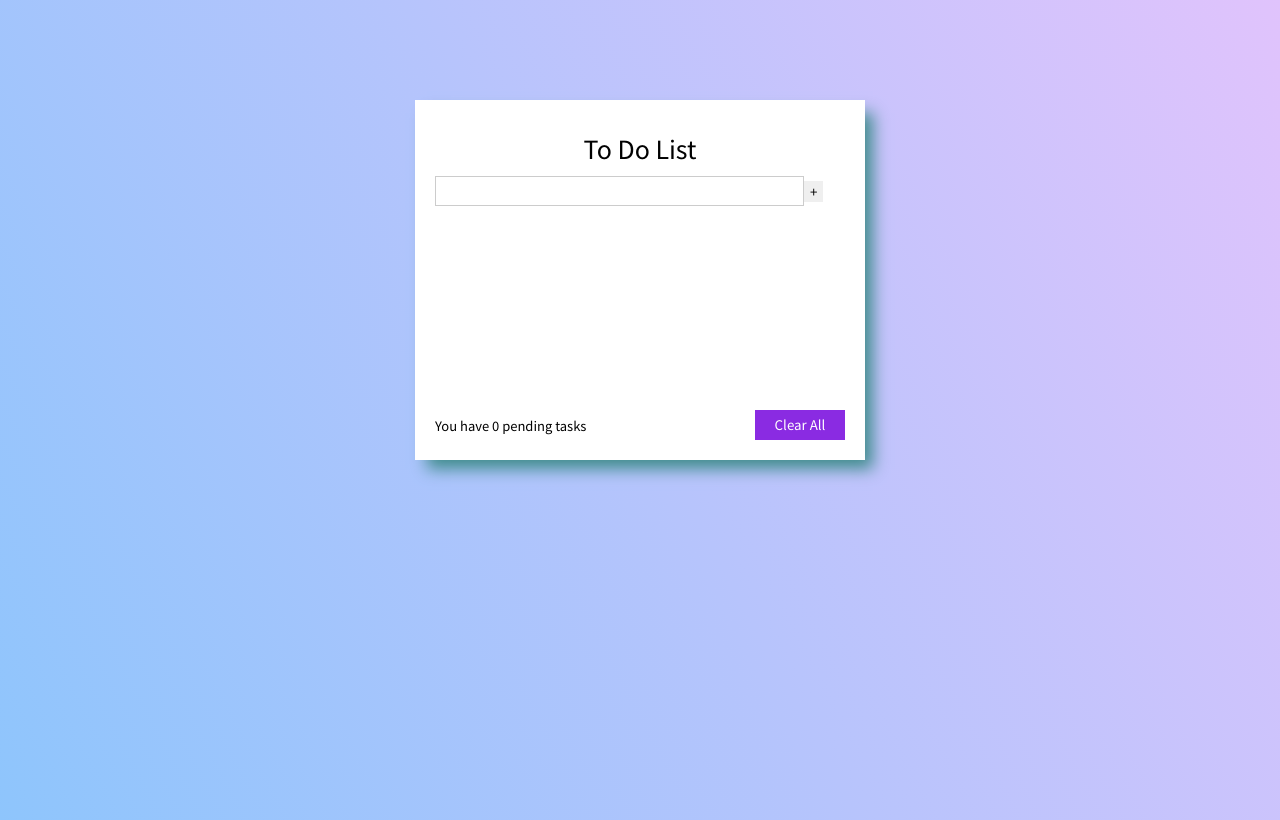
Repository: yangddoddi/Todo
Page: index.html
The author's editor kept a copy of each file at every save. The page is drawn from the files as they stood at one save, then again after the next save.
The browser window is 1280 px wide. The pictures show the whole page.
Some web fonts or font styles are not loaded; a fallback is used. Some web libraries are served in a nearby version. The style sheet was rebuilt from its Sass, Less or Tailwind sources for each picture, by a compiler version that may differ from the author's.

Above is the page before, as saved 2022-04-22 18:26:05.

After the next save:
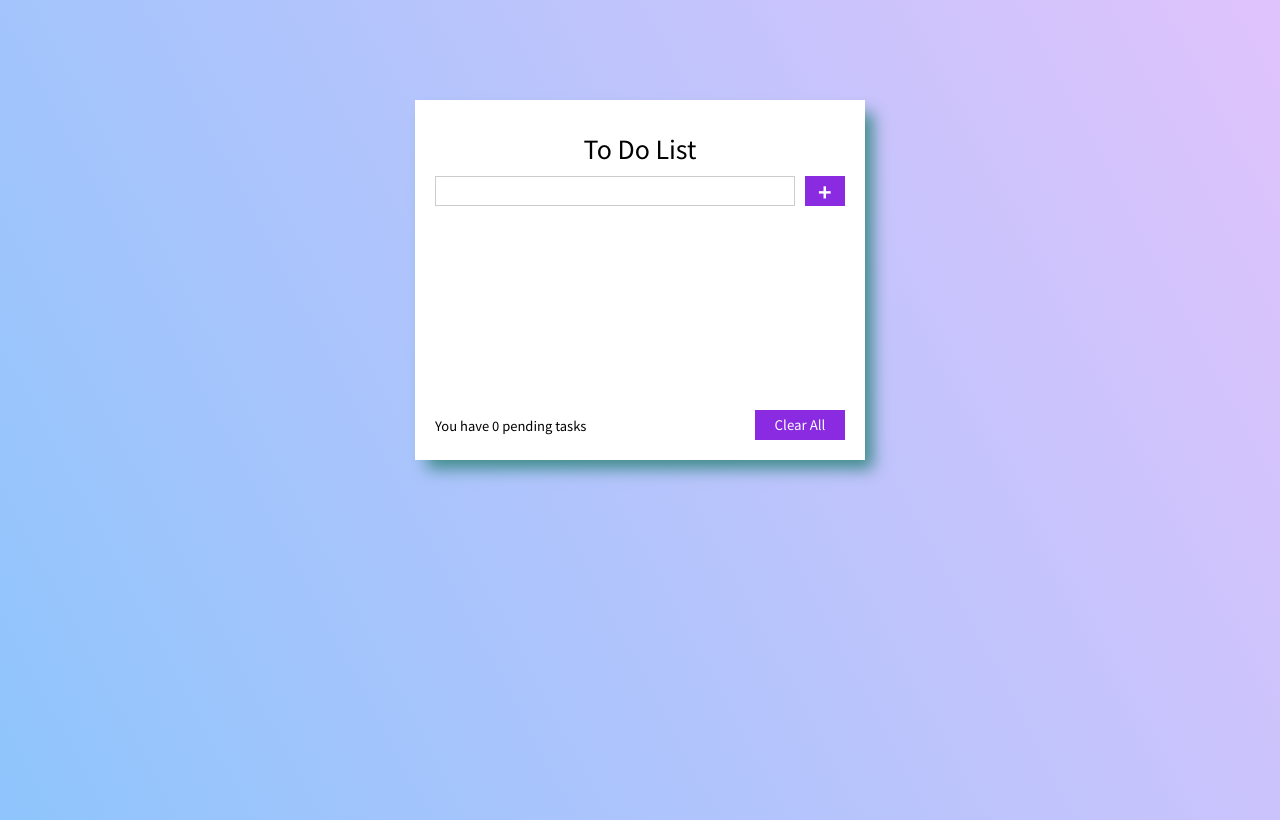
Saved 43 s later.
--- a/style.scss
+++ b/style.scss
@@ -64,7 +64,7 @@ body {
   font-size: 16px;
 }
 
-.input__icon {
+.input__btn {
   display:inline-block;
   font-size: 23px;
   height: 100%;
